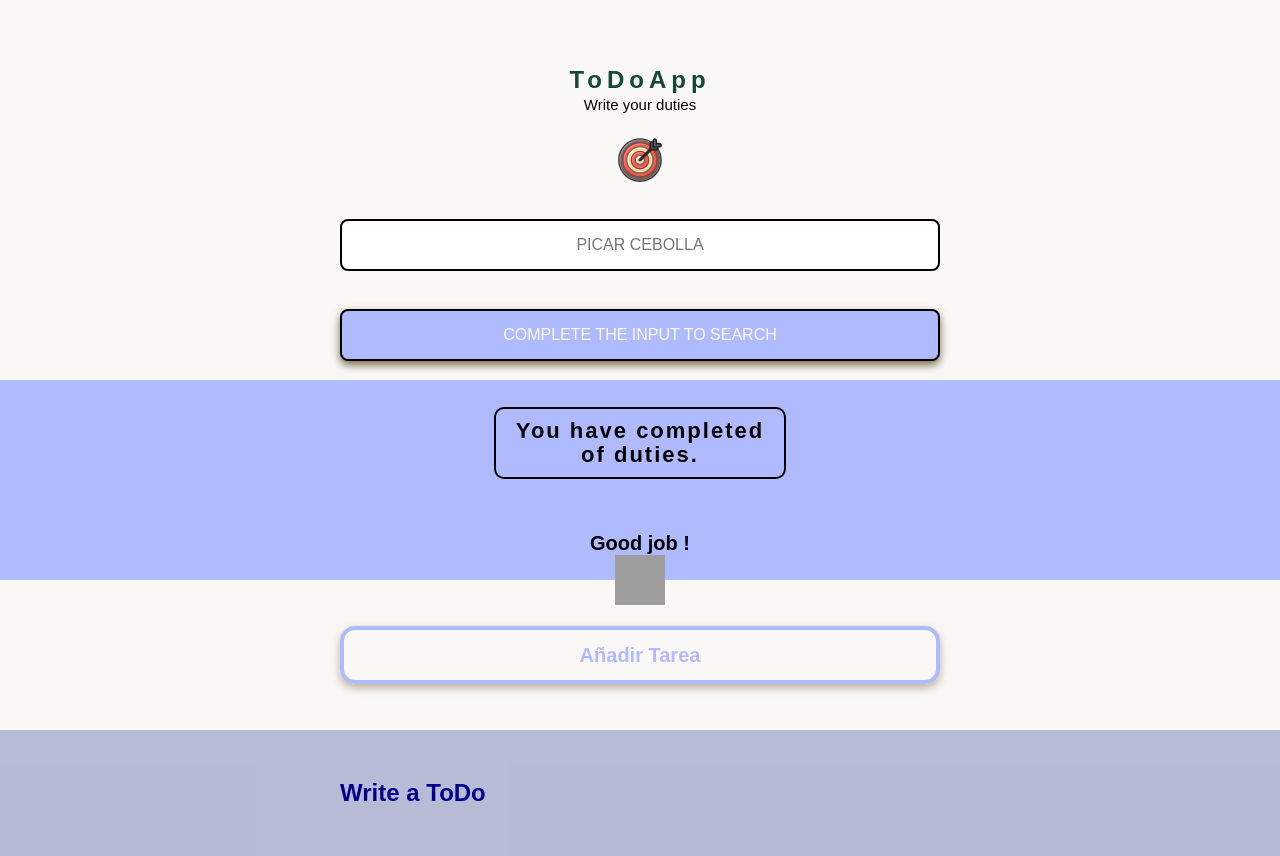
Repository: ChristianGecchelin/to-do-app
Page: /
An editor plug-in stored every save of this project. The page is shown before and after the next save, followed by the edit.
The browser window is 1280 px wide. The pictures show the whole page.
Pictures or frames that could not be fetched are drawn as grey boxes. The project was rebuilt for these pictures with package versions that can differ from the ones it lists, and the page was loaded fresh each time. Also part of the build but not shown: src/ToDoItem.js, src/Modal/Modal.css, src/Modal/index.js, src/TodoForm/TodoForm.css, src/TodoForm/index.js.

Above is the page before, as saved 2022-01-17 14:25:47.

### public/index.html
<!DOCTYPE html>
<html lang="en">
  <head>
    <meta charset="utf-8" />
    <link rel="icon" href="%PUBLIC_URL%/favicon.ico" />
    <meta name="viewport" content="width=device-width, initial-scale=1" />
    <meta name="theme-color" content="#000000" />
    <meta
      name="description"
      content="Web site created using create-react-app"
    />
    <link rel="apple-touch-icon" href="%PUBLIC_URL%/logo192.png" />

    <link rel="manifest" href="%PUBLIC_URL%/manifest.json" />

    <title>ToDoApp</title>
  </head>
  <body>
    <noscript>You need to enable JavaScript to run this app.</noscript>
    <div id="root"></div>
    <div id="modal"></div>
  </body>
</html>

### src/index.js
import React from "react";
import ReactDOM from "react-dom";
import App from "./App/index.js";
//import { ChakraProvider } from "@chakra-ui/react";
import "./index.css";

ReactDOM.render(<App />, document.getElementById("root"));

### src/App/index.js
import { AppUI } from "./AppUI";
import { TodoProvider } from "../TodoContext";
function App() {
  return (
    <TodoProvider>
      <AppUI />
    </TodoProvider>
  );
}

export default App;

### src/index.css
* {
  box-sizing: border-box;
  margin: 0;
  padding: 0;
}
html {
  font-size: 62.5%;
  font-family: "DM Sans", sans-serif;
}
body {
  background: #bababa;
}

### src/App/AppUI.js
import React from "react";
import { ToDoCounter } from "../ToDoCounter";
import { ToDoSearch } from "../ToDoSearch";
import { ToDoList } from "../ToDoList";
import { CreateToDoButton } from "../CreateToDoButton";
import { ToDoItem } from "../ToDoItem";
import { Header } from "../Header";
import { TodoContext } from "../TodoContext";
import { Modal } from "../Modal";
import "./AppUI.css";
import { TodoForm } from "../TodoForm";

function AppUI() {
  const {
    error,
    loading,
    searchedTodos,
    completeTodo,
    deleteTodo,
    openModal,
    setOpenModal,
  } = React.useContext(TodoContext);
  return (
    <>
      <section className="container-header">
        <Header />

        <ToDoSearch />
      </section>

      {/* a todos les paso las props. todo lo que escribo al lado del componente son props */}
      <section className="main-container">
        <ToDoCounter />

        <CreateToDoButton setOpenModal={setOpenModal} openModal={openModal} />
        <ToDoList>
          {/* declaro tres variables, que luego van a presentar tres situaciones distintas.
        la tercera significa, si loading es false(ya cargó) y el array es vacio muestro ese mensaje */}
          {error && <p className="alternative-text">Ups something happen...</p>}
          {loading && <p className="alternative-text">Loading...</p>}
          {!loading && !searchedTodos.length && (
            <p className="alternative-text">Write a ToDo</p>
          )}

          {searchedTodos.map((todo) => (
            <ToDoItem
              key={todo.id}
              text={todo.text}
              completed={todo.completed}
              onComplete={() => completeTodo(todo.id)}
              onDelete={() => deleteTodo(todo.id)}
            />
          ))}
        </ToDoList>
      </section>
      {openModal && (
        <Modal>
          <TodoForm />
        </Modal>
      )}
    </>
  );
}
export { AppUI };

### src/TodoContext/index.js
import React from "react";
import { useLocalStorage } from "./useLocalStorage";
const TodoContext = React.createContext();
function TodoProvider(props) {
  const {
    /* Antes solo traia Todo y saveTodo. Ahora, lo converti en un objeto para traer a loading tambien, y renombre las variables que retorne del customHook para que coincidan con la nomenclatura de lo descripto en APP */
    item: todos,
    saveItem: saveTodos,
    loading,
    error,
  } = useLocalStorage("Todos_V1", []);
  /* este estado va a manejar la creacion de tareas */
  const [searchValue, setSearchValue] = React.useState("");
  /* este estado va a setear el valor de lo escrito en el input */

  const [openModal, setOpenModal] = React.useState(false);

  const completeTodo = (id) => {
    const todoIndex = todos.findIndex((todo) => todo.id === id);
    const newTodos = [...todos];
    if (newTodos[todoIndex].completed === false) {
      newTodos[todoIndex].completed = true;
      saveTodos(newTodos);
    } else {
      newTodos[todoIndex].completed = false;
      saveTodos(newTodos);
    }
  };

  const deleteTodo = (id) => {
    const todoIndex = todos.findIndex((todo) => todo.id === id);
    const newTodos = [...todos];
    newTodos.splice(todoIndex, 1);
    saveTodos(newTodos);
  };

  const addTodo = (text) => {
    const newTodos = [...todos];
    newTodos.push({
      id: Date.now(),
      completed: false,
      text,
    });
    saveTodos(newTodos);
  };

  const completedTodos = todos.filter((todo) => !!todo.completed).length;
  /* !!significa es verdadero? // filtramos el array para sacar solo los que tengan la propiedad completed en true */
  const totalTodos = todos.length;

  let searchedTodos = [];

  if (!searchValue.length >= 1) {
    searchedTodos = todos;
  } else {
    searchedTodos = todos.filter((todo) => {
      const todoText = todo.text.trim().toLowerCase();
      const searchText = searchValue.trim().toLowerCase();
      return todoText.includes(searchText);
    });
  }

  return (
    <TodoContext.Provider
      value={{
        error,
        loading,
        totalTodos,
        completedTodos,
        searchValue,
        setSearchValue,
        searchedTodos,
        completeTodo,
        deleteTodo,
        openModal,
        setOpenModal,
        addTodo,
      }}
    >
      {props.children}
    </TodoContext.Provider>
  );
}
export { TodoContext, TodoProvider };

### src/ToDoCounter.js
import "./styles/ToDoCounter.css";
function ToDoCounter({ total, completed }) {
  return (
    <section className="counter-container">
      <div className="title-card">
        <h2 className="counter-title">
          You have completed <br />
          {completed} of {total} duties.
        </h2>
      </div>
      {/* como podria cambiar ese br? */}
      <p className="counter-congrats">Good job !</p>
    </section>
  );
}
export { ToDoCounter };
/* Modificar que sea variable la cantidad de tareas completadas, que el good job cambie cuando llevo menos de la mitad de tareas completadas. */

### src/ToDoSearch.js
import { useState } from "react";
import "./styles/ToDoSearch.css";
function ToDoSearch({ searchValue, setSearchValue }) {
  /* destructuro para no hacer props.searchValue lo pongo entre llaves y solo anoto el nombre de las props que paso */
  const onSearchValueChange = (event) => {
    setSearchValue(event.target.value);
  };
  return (
    <section className="search-container">
      <input
        className="search-input"
        placeholder="Picar cebolla"
        value={searchValue}
        onChange={onSearchValueChange}
      ></input>
      <button className="search-button">Complete the input to search</button>
    </section>
  );
}
export { ToDoSearch };

### src/ToDoList.js
import "./styles/ToDoList.css";
function ToDoList(props) {
  return (
    <section className="list-container">
      <ul className="item-container"> {props.children}</ul>
    </section>
  );
}
export { ToDoList };

### src/CreateToDoButton.js
import "./styles/createToDoButton.css";
function CreateToDoButton() {
  return (
    <div className="button-container">
      <span className="button"></span>
      <p className="button-text">Añadir Tarea</p>
    </div>
  );
}
export { CreateToDoButton };

### src/Header.js
import "./styles/header.css";
function Header() {
  return (
    <header>
      <h1>ToDoApp</h1>
      <h3>Write your duties</h3>
      <span></span>
    </header>
  );
}
export { Header };

### src/App/AppUI.css
.alternative-text {
  font-size: 2.4rem;
  font-weight: 700;
  line-height: 2.6rem;
  color: darkblue;
}
.container-header {
  display: flex;
  flex-direction: row;
  flex-wrap: wrap;
  background-color: #b1bcfa;
  justify-content: space-between;
}

### src/TodoContext/useLocalStorage.js
import React from "react";
function useLocalStorage(itemName, initialValue) {
  /* este estado se usa con try/catch para determinar si ha habido un error lo capturo seteandolo */
  const [error, setError] = React.useState(false);
  /* este usestate setea el estado en el que se encuentra el pedido.Mientras este cargando va a ser true, una vez que termine de cargar va a ser false*/
  const [loading, setLoading] = React.useState(true);

  /* Recordar setear en useState el nuevo array con Todos (parsedTodos(antes) ahora lo cambie por initialValue *ver comentario abajo) */
  const [item, setItem] = React.useState(initialValue);
  /* trae por defecto lo definido en los componentes osea algo vacio en este caso. Pero luego ejecuto el useEffect para que cargue con delay lo del localStorage, simulando el pedido a una API (initialValue) */

  React.useEffect(
    () => {
      setTimeout(() => {
        try {
          const localStorageItem = localStorage.getItem(itemName);
          let parsedItem;

          if (!localStorageItem) {
            localStorage.setItem(itemName, JSON.stringify(initialValue));
            parsedItem = initialValue;
          } else {
            parsedItem = JSON.parse(localStorageItem);
          }

          /* seteamos el estado para mostrar lo que tenemos en localStorage */
          setItem(parsedItem);
          setLoading(false);
        } catch (error) {
          setError(error);
        }
      }, 1250);
    }

    /*
      la segunda posicion de la funcion nos determina cuando se va a ejecutar el hook
      el array[] hace que se renderice una sola vez cuando carga la pagina
      pero tambien puedo llamar una variable para que solo se ejecute cuando hay un cambio en el estado. Eso pasaria si pongo totalTodos
      solo se ejecutaria cuando modifico el conteo de todos */
  );

  const saveItem = (newItem) => {
    /* seteo con un try catch porque es posible que al crear un nuevo todo me de error */
    try {
      const stringifiedItem = JSON.stringify(newItem);
      localStorage.setItem(itemName, stringifiedItem);
      setItem(newItem);
    } catch (error) {
      setError(error);
    }
  };
  return { item, saveItem, loading, error };
}
export { useLocalStorage };

### src/styles/ToDoCounter.css
.counter-container {
  display: flex;
  flex-direction: column;
  justify-content: space-around;
  align-items: center;
  width: 100%;
  min-width: 300px;
  height: 200px;
  margin: 0 auto;
  text-align: center;
  background: #b0bbff;
}
.title-card {
  border: 2px solid black;
  border-radius: 10px;
}
.counter-title {
  font-size: 2.2rem;
  font-weight: 700;
  line-height: 2.4rem;
  letter-spacing: 0.2rem;
  padding: 10px 20px;
}
.counter-congrats {
  font-size: 2rem;
  font-weight: 700;
  line-height: 2rem;
}

/* como funciona la especifidad en css en react? */

### src/styles/ToDoSearch.css
.search-container {
  display: flex;
  flex-direction: column;
  margin: 0 auto;
  justify-content: space-around;
  width: 100%;
  min-width: 200px;
  height: 180px;
  text-align: center;
  background: #faf8f7;
}
.search-input {
  width: 60%;
  max-width: 600px;
  border: 2px solid black;
  border-radius: 8px;
  margin: 0 auto;
  text-align: center;
  padding: 15px 20px;
  font-size: 1.6rem;
}
.search-button {
  width: 60%;
  max-width: 600px;
  margin: 0 auto;
  padding: 15px 0;
  border: 2px solid black;
  border-radius: 8px;
  outline: none;
  font-size: 1.6rem;
  text-transform: uppercase;
  background: rgb(176 187 255);
  color: #faf8f7;

  box-shadow: 0px 4px 8px rgba(89, 73, 30, 0.8);
}
.search-input:focus {
  outline: none;
  border: 2px solid green;
  background: rgba(240, 239, 239, 0.7);
}
.search-input::placeholder {
  text-transform: uppercase;
}

### src/styles/ToDoList.css
.list-container {
  display: flex;
  flex-direction: column;
  justify-content: center;
  align-items: center;
  width: 100%;
  height: auto;
  padding: 50px 0;
  background: rgb(176 187 255 / 40%);
}
.item-container {
  width: 60%;
  min-width: 310px;
  max-width: 600px;
}
.list-item {
  position: relative;
  display: flex;
  flex-direction: row;
  justify-content: center;
  margin: 20px 0px;
  padding: 15px 0;
  border: 2px solid black;
  border-radius: 15px;
  width: 100%;
  box-shadow: 0px 4px 8px rgba(89, 73, 30, 0.8);
}
.check {
  position: absolute;
  top: 13px;
  left: calc(5%);
  background-image: url(../assets/check.svg);
  width: 25px;
  height: 25px;
  background-repeat: no-repeat;
  background-size: contain;
}
.delete {
  position: absolute;
  top: 13px;
  left: calc(91% - 5px);
  width: 25px;
  height: 25px;
  background-repeat: no-repeat;
  fill: #81b5a8;
  -webkit-mask: url(../assets/cross.svg);
  mask: url(../assets/cross.svg);
  mask-size: auto;
  background: red;
}
.delete:hover {
  transform: scale(1.5);
  transition: all ease 0.5s;
}
.text-item {
  font-size: 2rem;
  font-weight: 700;
  line-height: 2rem;
}
.text-item-completed {
  text-decoration: line-through;
}

### src/styles/createToDoButton.css
.button-container {
  position: relative;
  display: flex;
  flex-direction: column;
  justify-content: center;
  align-items: center;
  width: 100%;
  height: 150px;
  background: #faf8f7;
  text-align: center;
}
.button {
  position: absolute;
  top: -25px;
  left: calc(50% - 25px);
  background-image: url(../assets/plus.svg);
  width: 50px;
  height: 50px;
}
.button-text {
  width: 60%;
  max-width: 600px;
  padding: 15px 0;
  font-size: 2rem;
  line-height: 2rem;
  font-weight: 700;
  border: 4px solid rgb(176 187 255);
  border-radius: 15px;
  color: rgb(176 187 255);
  box-shadow: 0px 4px 8px rgba(89, 73, 30, 0.4);
}
.button-text:hover {
  border: 4px solid #faf8f7;
  color: #faf8f7;
  background-color: rgb(176 187 255);
}

### src/styles/header.css
header {
  position: relative;
  display: flex;
  flex-direction: column;
  justify-content: center;
  align-items: center;
  width: 100%;
  min-width: 320px;
  height: 200px;
  text-align: center;
  padding-bottom: 50px;
  background: #faf8f7;
}
header h1 {
  align-items: center;
  font-size: 2.4rem;
  font-weight: 700;
  line-height: 3rem;
  color: rgb(22, 71, 55);
  padding-top: 15px;
  padding-bottom: 5px;
  margin-top: 10px;
  letter-spacing: 0.5rem;
}
header h3 {
  align-items: center;
  font-size: 1.5rem;
  font-weight: 500;
  line-height: 1rem;
}
header span {
  position: absolute;
  top: 135px;
  background-image: url(../assets/header.svg);
  width: 50px;
  height: 50px;
  background-repeat: no-repeat;
  background-size: contain;
}
/*Falta completar con tipografias y colores, imagen span*/

After the next save:
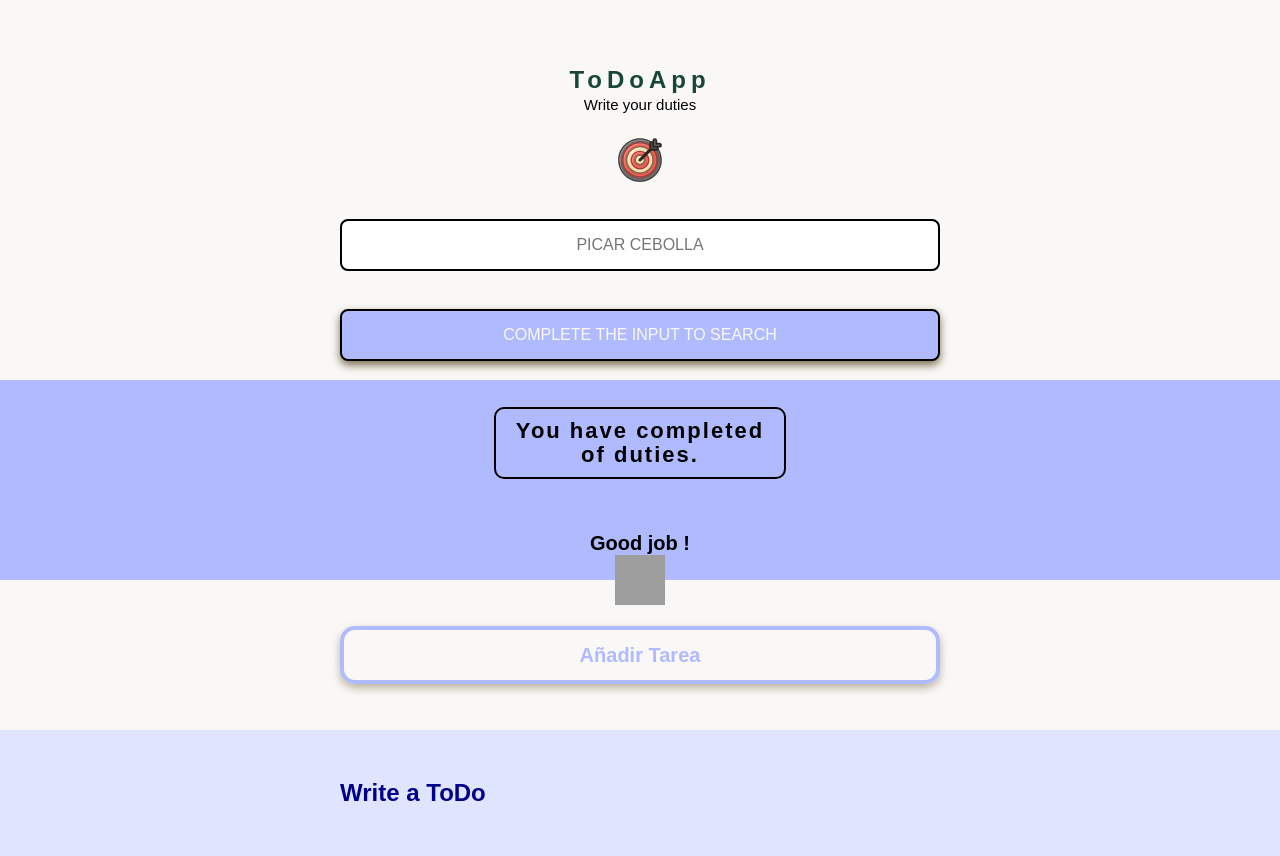
Saved 19 s later.
--- a/src/App/AppUI.css
+++ b/src/App/AppUI.css
@@ -11,3 +11,10 @@
   background-color: #b1bcfa;
   justify-content: space-between;
 }
+.main-container {
+  display: flex;
+  flex-direction: row;
+  flex-wrap: wrap;
+  background-color: #fff;
+  justify-content: space-between;
+}
